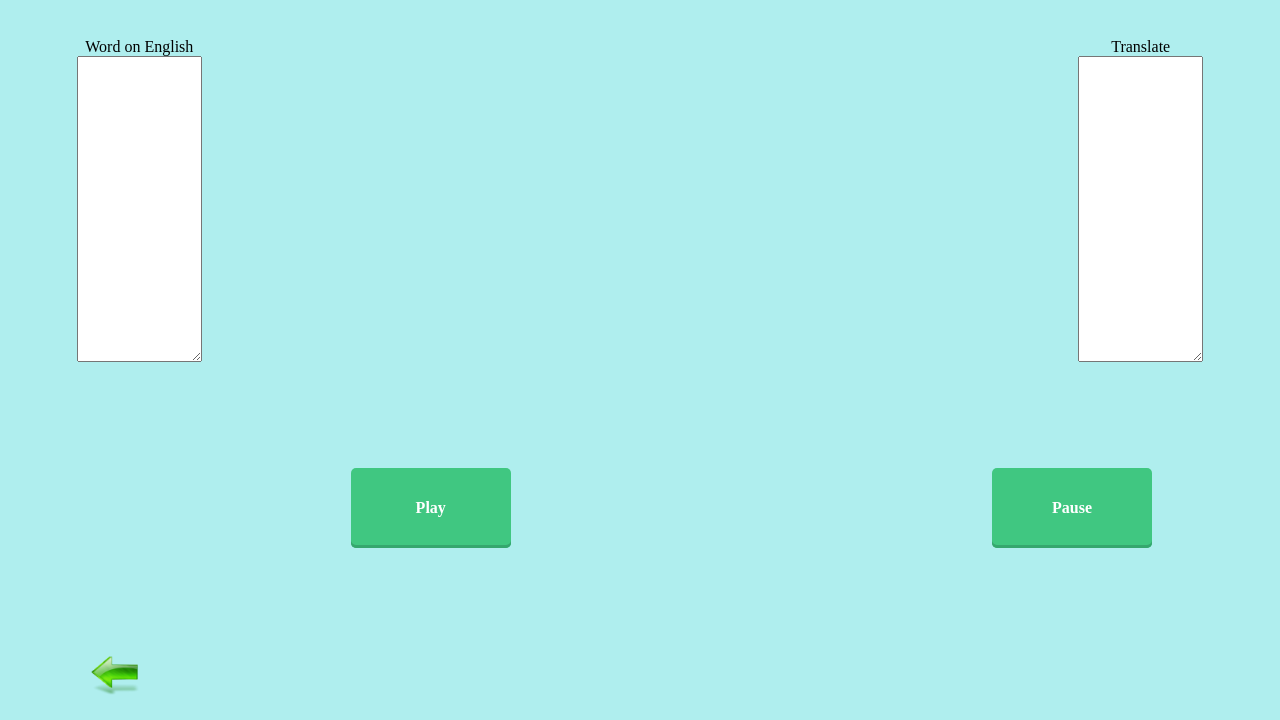
Repository: Artem-Brunov/msu_prac
Page: workspace/BasicUI/FastPlay.html
The author's editor kept a copy of each file at every save. The page is drawn from the files as they stood at one save, then again after the next save.
The browser window is 1280 px wide. The pictures show the whole page.
Some web libraries are served in a nearby version.

Above is the page before, as saved 2017-11-20 23:58:40.

### workspace/BasicUI/FastPlay.html
<!DOCTYPE html>
<html>
<head>
    <meta charset="utf-8" />
    <meta name="viewport" content="width=device-width, initial-scale=1.0, maximum-scale=1.0">
    <meta name="description" content="Tizen Mobile Web Basic Template" />

    <title>Tizen Mobile Web Basic Application</title>

	<link rel="stylesheet" type="text/css" href="css/style.css" />
    <link rel="stylesheet" type="text/css" href="css/NewPlaylist.css" />
    <script src = "js/FastPlay.js"></script>
    <script src = "https://ajax.googleapis.com/ajax/libs/jquery/1.10.2/jquery.min.js"></script>
</head>
<body>
	<div class = "take_1">
		<form name = "Eng">

  			<p align = "center">Word on English<br>
  				<textarea cols = "13" rows = "20" wrap = "hard" name = "EngW"></textarea>
  			</p>
  		</form>
  	</div>
  	<div class = take_2>
  		<form name = "Trnslt">
  			<p align = "center">Translate<br>
  				<textarea cols = "13" rows = "20" wrap = "hard" name = "Transl"></textarea>
  			</p>
 		</form>
 	</div>
	<div class = "FP">
		<a href = "#" onClick = "Play()" class = "first_button">Play</a>
	</div>
	<div class = "FP_2">
		<a href = "#" onClick = "Play(0)" class = "first_button">Pause</a>
	</div>
	<div class = "BBack">
			<a href = "index.html"><img src="images/Back.png" width="50"
  height="50" alt="One step back"></a>
		</div>
</body>
</html>

### workspace/BasicUI/css/style.css
html,
body {
    width: 100%;
    height: 100%;
    margin: 0 auto;
    padding: 0;
    background: PaleTurquoise;
 }
 .titl{

 	position: absolute;
 	left: 25.5%;
 	top: 10%;
 	color: Gray;
 }
 a.first_button {

	display: block;
	width: 160px;
	height: 80px;
  	line-height: 5em;
	border-radius: 5px;
 	background: rgb(64,199,129);
	box-shadow: 0 -3px rgb(53,167,110) inset;
	font-weight: 900;
  	color: white;
  	text-align: center;
  	text-decoration: none;
  	transition: 0.2s;
}
a.first_button:hover { background: rgb(53, 167, 110); }
a.first_button:active {
  background: rgb(33,147,90);
  box-shadow: 0 3px rgb(33,147,90) inset;
}
.New {
	position: absolute;
  	top: 47%;
  	left: 28%;

}
.Select {
	position: absolute;
  	top: 64%;
  	left: 28%;

}
.FastPlay {
	position: absolute;
  	top: 30%;
  	left: 28%;

}

### workspace/BasicUI/css/NewPlaylist.css
.Return {
	position: absolute;
  	top: 24%;
  	left:50%;

}
.Add {
	position: absolute;
  	top: 4%;
  	left: 50%;
}
.BBack{
	position: absolute;
  	top: 90%;
  	left: 7%;
}
.Settings{
	position: absolute;
	left: 18%;
	top: 10%;
 	color: Gray;
}
.take_1{
	position: absolute;
	left: 6%;
	top: 3%;
}
.take_2{
	position: absolute;
	right: 6%;
	top: 3%;
}
.FP{
	position: absolute;
	left: 27.4%;
	top: 65%;
}
.FP_2{
	position: absolute;
	right: 10%;
	top: 65%;
}

### workspace/BasicUI/js/FastPlay.js
function Play(){
	var word_list = [];
	var translate_list = [];
	var msg, trnslt;
	word_list = document.forms["Eng"].elements["EngW"].value.split("\n");
	translate_list = document.forms["Trnslt"].elements["Transl"].value.split("\n");


	for(var i = 0; i < word_list.length; i++)
	{
		msg = new SpeechSynthesisUtterance(word_list[i]);
		trnslt = new SpeechSynthesisUtterance(translate_list[i]);
		msg.lang = 'en-US';
		window.speechSynthesis.speak(msg);
		window.speechSynthesis.speak(trnslt);
	}
}

After the next save:
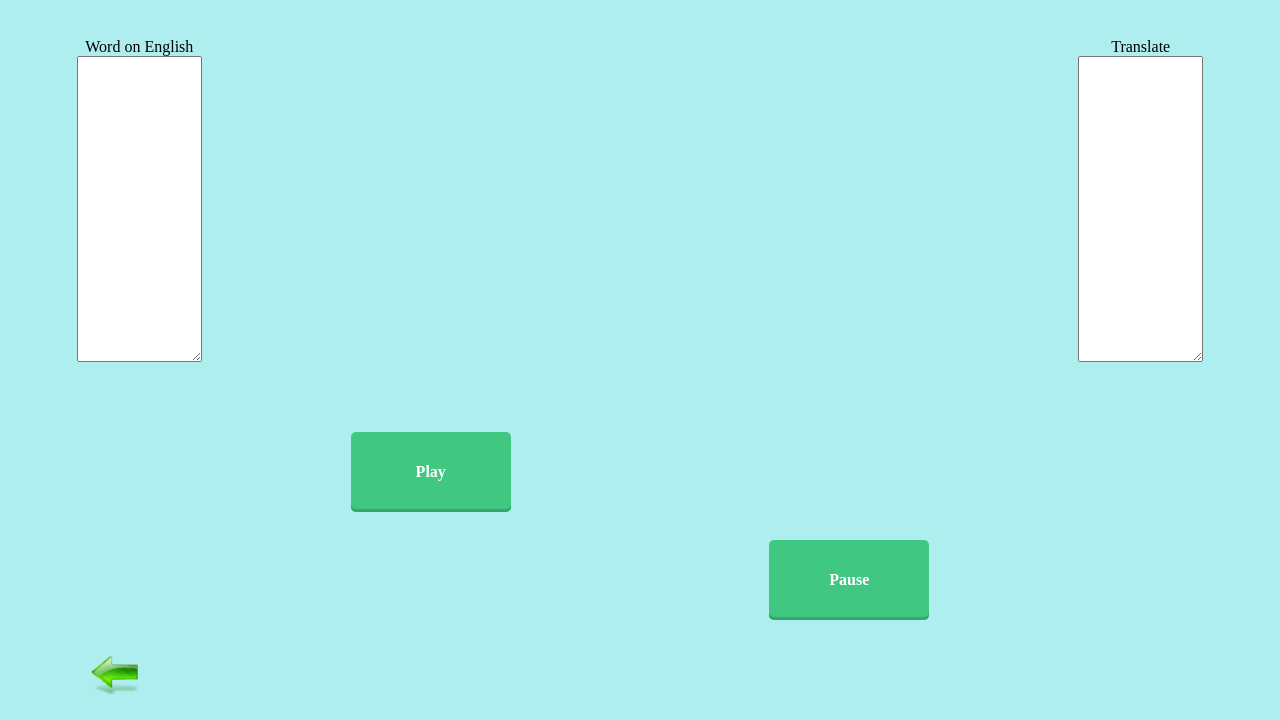
Saved 30 s later.
--- a/workspace/BasicUI/css/NewPlaylist.css
+++ b/workspace/BasicUI/css/NewPlaylist.css
@@ -33,10 +33,10 @@
 .FP{
 	position: absolute;
 	left: 27.4%;
-	top: 65%;
+	top: 60%;
 }
 .FP_2{
 	position: absolute;
-	right: 10%;
-	top: 65%;
+	right: 27.4%;
+	top: 75%;
 }
